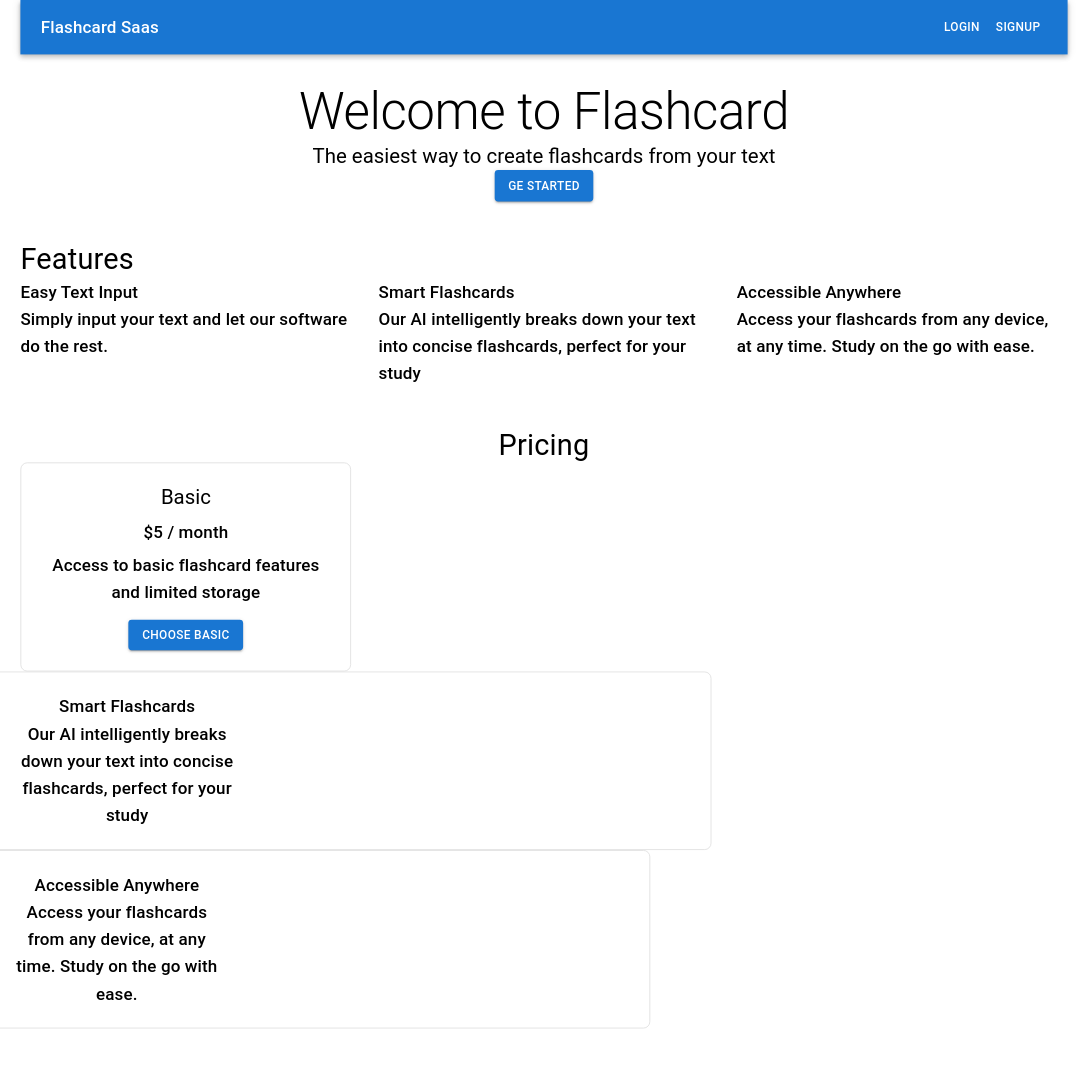
Repository: rakeshpuppala2590/AI-Flashcards-Stripe
Page: /
An editor plug-in stored every save of this project. The page is shown before and after the next save, followed by the edit.
The browser window is 1280 px wide. The pictures show the whole page, at 85% of full size.
The page's requests for data from a server got no answer. The project was rebuilt for these pictures with package versions that can differ from the ones it lists, and the page was loaded fresh each time. Some packages were replaced by stand-ins written for this rebuild. The framework's server and built-in components were replaced by stand-ins that run in the browser. No one was signed in, and anything a server would have sent is missing. Also part of the build but not shown: next.config.mjs.

Above is the page before, as saved 2024-08-12 15:11:23.

### src/app/page.js
import getStripe from "../../utils/get-stripe";
import { SignedIn, SignedOut, UserButton } from "@clerk/nextjs";
import Head from "next/head";
import {
  Grid,
  AppBar,
  Button,
  Container,
  Toolbar,
  Typography,
  Box,
} from "@mui/material";

export default function Home() {
  return (
    <Container maxWidth="100vW">
      <Head>
        <title>Flashcard Saas</title>
        <meta
          name="description"
          content="create flashcard from your text"
        ></meta>
      </Head>

      <AppBar position="static">
        <Toolbar>
          <Typography variant="h6" style={{ flexGrow: 1 }}>
            Flashcard Saas
          </Typography>
          <SignedOut>
            <Button color="inherit">Login</Button>
            <Button color="inherit">SignUp</Button>
          </SignedOut>
          <SignedIn>
            <Button>Logout</Button>
          </SignedIn>
        </Toolbar>
      </AppBar>

      <Box
        sx={{
          textAlign: "center",
          my: 4,
        }}
      >
        <Typography variant="h2">Welcome to Flashcard</Typography>
        <Typography variant="h5">
          {" "}
          The easiest way to create flashcards from your text
        </Typography>
        <Button variant="contained" color="primary">
          Ge Started
        </Button>
      </Box>
      <Box sx={{ my: 6 }}>
        <Typography variant="h4">Features</Typography>
        <Grid container spacing={4}>
          <Grid item xs={12} md={4}>
            {" "}
            <Typography variant="h6">Easy Text Input</Typography>
            <Typography variant="h6"> </Typography>
            <Typography variant="h6">
              Simply input your text and let our software do the rest.
            </Typography>
          </Grid>
          <Grid item xs={12} md={4}>
            {" "}
            <Typography variant="h6">Smart Flashcards</Typography>
            <Typography variant="h6"> </Typography>
            <Typography variant="h6">
              Our AI intelligently breaks down your text into concise
              flashcards, perfect for your study
            </Typography>
          </Grid>
          <Grid item xs={12} md={4}>
            {" "}
            <Typography variant="h6">Accessible Anywhere</Typography>
            <Typography variant="h6"> </Typography>
            <Typography variant="h6">
              Access your flashcards from any device, at any time. Study on the
              go with ease.
            </Typography>
          </Grid>
        </Grid>
      </Box>
      <Box sx={{ my: 6, textAlign: "center" }}>
        <Typography variant="h4">Pricing</Typography>
        <Grid container spacing={4}>
          <Grid item xs={12} md={4}>
            <Box
              sx={{
                p: 3,
                border: "1px solid",
                borderColor: "grey.300",
                borderRadius: 2,
              }}
            >
              <Typography variant="h5" gutterBottom>
                Basic
              </Typography>
              <Typography variant="h6" gutterBottom>
                $5 / month{" "}
              </Typography>
              <Typography variant="h6">
                {" "}
                Access to basic flashcard features and limited storage
              </Typography>
              <Button variant="contained" color="primary" sx={{ mt: 2 }}>
                Choose Basic
              </Button>
            </Box>
          </Grid>
          <Box
            sx={{
              p: 3,
              border: "1px solid",
              borderColor: "grey.300",
              borderRadius: 2,
            }}
          >
            <Grid item xs={12} md={4}>
              {" "}
              <Typography variant="h6">Smart Flashcards</Typography>
              <Typography variant="h6"> </Typography>
              <Typography variant="h6">
                Our AI intelligently breaks down your text into concise
                flashcards, perfect for your study
              </Typography>
            </Grid>
          </Box>
          <Box
            sx={{
              p: 3,
              border: "1px solid",
              borderColor: "grey.300",
              borderRadius: 2,
            }}
          >
            <Grid item xs={12} md={4}>
              {" "}
              <Typography variant="h6">Accessible Anywhere</Typography>
              <Typography variant="h6"> </Typography>
              <Typography variant="h6">
                Access your flashcards from any device, at any time. Study on
                the go with ease.
              </Typography>
            </Grid>
          </Box>
        </Grid>
      </Box>
    </Container>
  );
}

### utils/get-stripe.js
import { loadStripe } from "@stripe/stripe-js";
let stripePromise;
const getStripe = () => {
  if (!stripePromise) {
    stripePromise = loadStripe(process.env.NEXTJS_PUBLIC_STRIPE_PULIC_KEY);
  }
  return stripePromise;
};
export default getStripe;

Loaded but not shown: src/app/layout.js (common file); src/app/globals.css (common file); tailwind.config.js (common file)

After the next save:
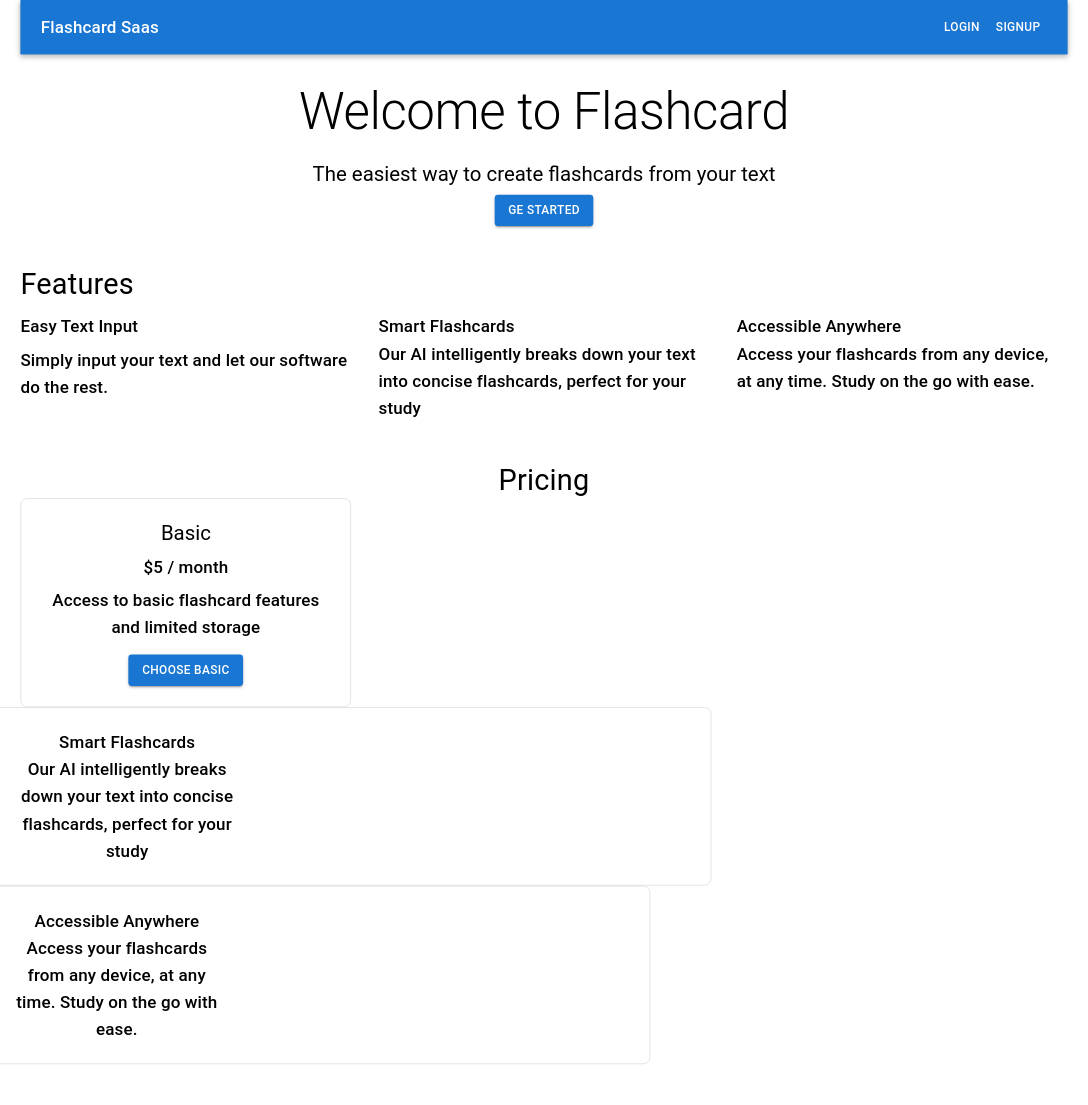
Saved 58 s later.
--- a/src/app/page.js
+++ b/src/app/page.js
@@ -43,8 +43,10 @@ export default function Home() {
           my: 4,
         }}
       >
-        <Typography variant="h2">Welcome to Flashcard</Typography>
-        <Typography variant="h5">
+        <Typography variant="h2" gutterBottom>
+          Welcome to Flashcard
+        </Typography>
+        <Typography variant="h5" gutterBottom>
           {" "}
           The easiest way to create flashcards from your text
         </Typography>
@@ -53,11 +55,15 @@ export default function Home() {
         </Button>
       </Box>
       <Box sx={{ my: 6 }}>
-        <Typography variant="h4">Features</Typography>
+        <Typography variant="h4" gutterBottom>
+          Features
+        </Typography>
         <Grid container spacing={4}>
           <Grid item xs={12} md={4}>
             {" "}
-            <Typography variant="h6">Easy Text Input</Typography>
+            <Typography variant="h6" gutterBottom>
+              Easy Text Input
+            </Typography>
             <Typography variant="h6"> </Typography>
             <Typography variant="h6">
               Simply input your text and let our software do the rest.
